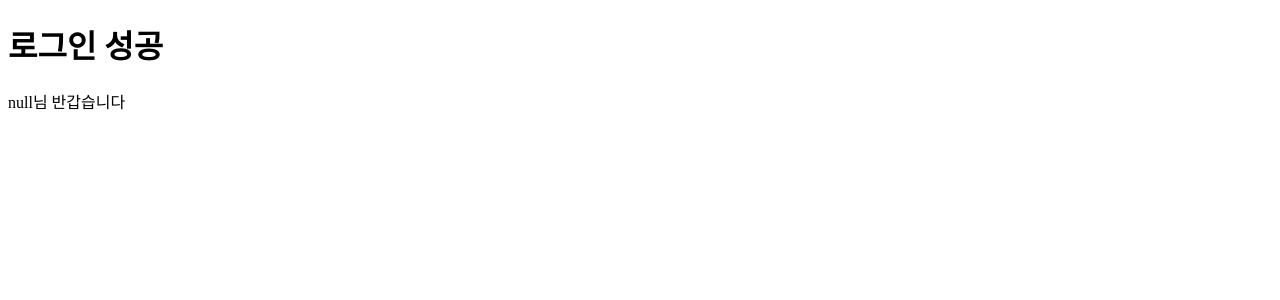
Repository: bgmun01/woorifisa_java
Page: http://localhost/web_day3/login/loginResult.jsp
An editor plug-in stored every save of this project. The page is shown before and after the next save, followed by the edit.
The browser window is 1280 px wide. The pictures show the whole page.
The page is served by Tomcat 9. Nobody is signed in. The application's start-up code is not run.

Above is the page before, as saved 2023-06-19 01:15:05.

After the next save:
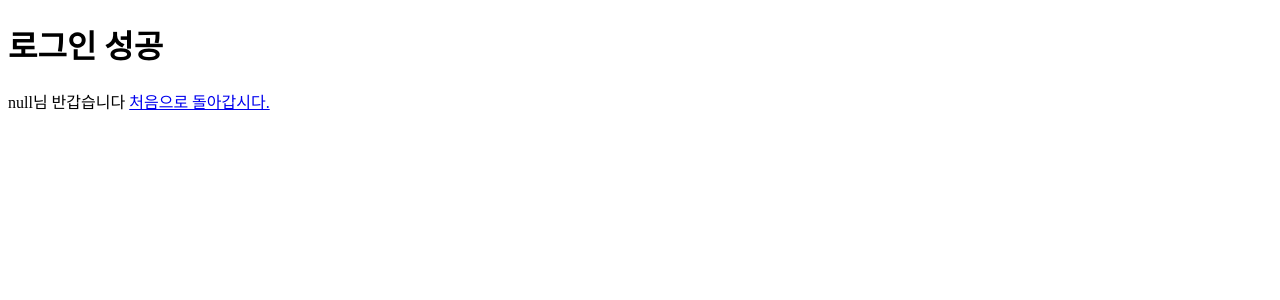
Saved 32 min 33 s later.
--- a/web_day3/src/main/webapp/login/loginResult.jsp
+++ b/web_day3/src/main/webapp/login/loginResult.jsp
@@ -9,6 +9,6 @@
 <body>
 	<h1>로그인 성공</h1>
 	<%=request.getAttribute("loginName")%>님 반갑습니다
-
+	<a href="/web_day3/index.jsp">처음으로 돌아갑시다.</a>
 </body>
 </html>
